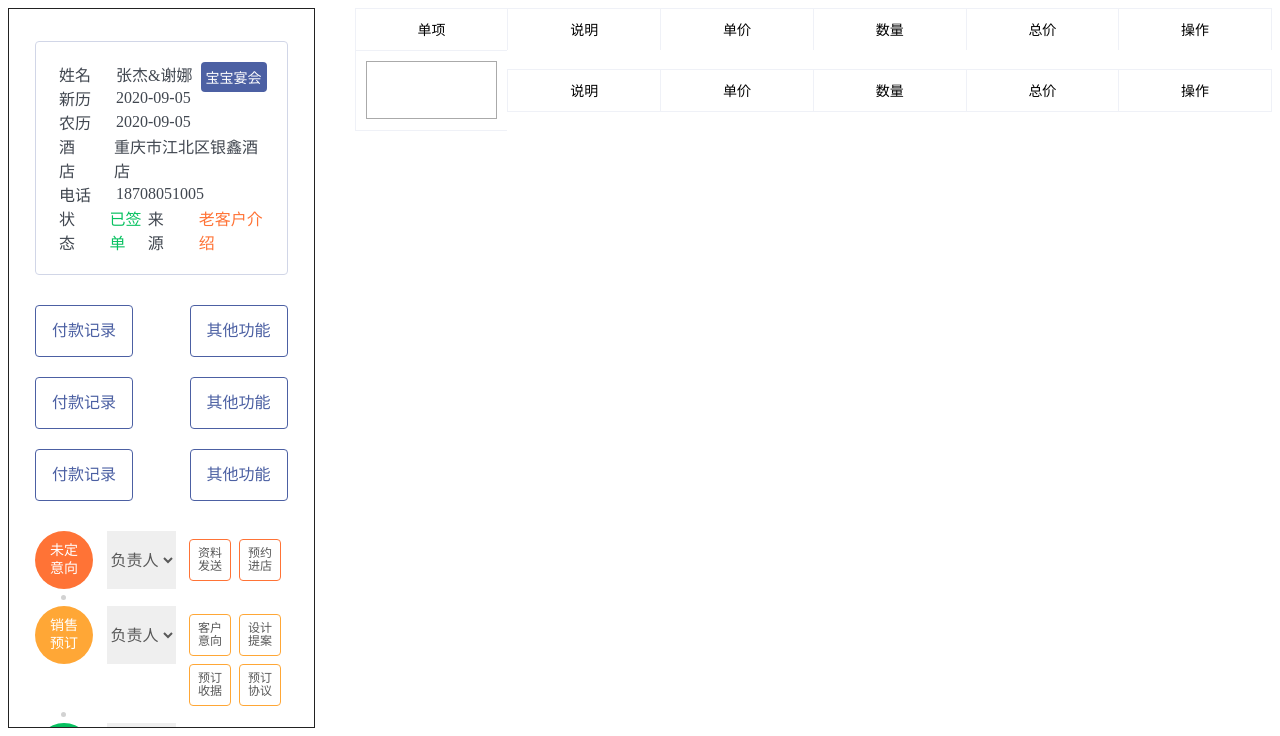
Repository: Lairuola/wedding-1
Page: index.html
An editor plug-in stored every save of this project. The page is shown before and after the next save, followed by the edit.
The browser window is 1280 px wide. The pictures show the whole page.

Above is the page before, as saved 2020-12-24 15:47:17.

### index.html
<!--
 * @Author       : 濑若拉
 * @Date         : 2020-12-17 10:22:14
 * @LastEditors  : 濑若拉
 * @LastEditTime : 2020-12-24 15:47:17
 * @FilePath     : /slidebar/index.html
-->


<!DOCTYPE html>
<html lang="en">

<head>
  <meta charset="UTF-8">
  <meta name="viewport" content="width=device-width, initial-scale=1.0">
  <title>Document</title>
  <style>
    .slide-left {
      width: 402px;
      height: 100vh;
      box-sizing: border-box;
      padding: 32px 26px;
      overflow-y: auto;
      display: flex;
      flex-direction: column;
      align-items: center;
      border: 1px solid #222;
    }

    .info {
      width: 100%;
      height: 328px;
      display: flex;
      flex-direction: column;
      justify-content: space-between;
      padding: 20px 23px;
      position: relative;
      box-sizing: border-box;
      border-radius: 4px;
      border: solid 1px #d1d6e7;
    }

    .info .row {
      width: 100%;
      display: flex;
      font-size: 16px;
      color: #414750;
      flex-direction: row;
      align-items: center;
    }

    .info .row .label,
    .info .end-row .item .label {
      margin-right: 25px;
    }

    .info .end-row {
      width: 100%;
      display: flex;
      flex-direction: row;
      align-items: center;
      justify-content: space-between;
      font-size: 16px;
      color: #414750;
    }

    .info .end-row .item {
      display: flex;
      flex-direction: row;
      align-items: center;
      font-size: 16px;
      color: #414750;
    }

    .info .info-tag {
      padding: 5px;
      background-color: #4c60a3;
      border-radius: 4px;
      font-size: 14px;
      color: #fff;
      position: absolute;
      top: 20px;
      right: 20px;
    }

    .btn-area {
      width: 100%;
      display: flex;
      flex-direction: row;
      align-items: center;
      justify-content: space-between;
      flex-wrap: wrap;
      margin-top: 10px;
      margin-bottom: 30px;
    }

    .btn-area .btn {
      width: 96px;
      height: 50px;
      background-color: #ffffff;
      border-radius: 4px;
      border: solid 1px #4c60a3;
      font-size: 16px;
      color: #4c60a3;
      text-align: center;
      line-height: 50px;
      margin-top: 20px;
    }

    .bot-area {
      width: 100%;
      display: flex;
      flex-direction: column;
    }

    .bot-area .item {
      width: 100%;
      display: flex;
      flex-direction: row;
      position: relative;
      padding-bottom: 17px;
    }

    .bot-area .item .circle {
      width: 58px;
      height: 58px;
      color: #fff;
      border-radius: 100%;
      display: flex;
      align-items: center;
      justify-content: center;
    }

    .bot-area .item .circle .text {
      width: 28px;
      height: 36px;
      font-size: 14px;
      line-height: 18px;
    }

    .bot-area .item .select-wrap {
      width: 96px;
      text-align: center;
    }

    .bot-area .item .select-wrap .bot-select {
      border: none;
      outline: none;
      color: #595959;
      font-size: 16px;
      height: 58px;
    }

    .bot-area .item .btn-row {
      flex: 1;
      display: flex;
      flex-direction: row;
      flex-wrap: wrap;
      margin-right: -8px;
    }

    .bot-area .item .btn-row .btn {
      width: 40px;
      height: 40px;
      border-radius: 4px;
      margin-right: 8px;
      border: 1px solid;
      display: flex;
      align-items: center;
      justify-content: center;
      margin-top: 8px;
      color: #595959;
    }

    .bot-area .item .btn-row .btn .word {
      width: 24px;
      height: 26px;
      font-size: 12px;
      line-height: 13px;
      letter-spacing: 0px;
    }

    .bot-area .item .dot {
      width: 5px;
      height: 5px;
      background-color: #d2d2d2;
      border-radius: 100%;
      position: absolute;
      bottom: 6px;
      left: 26px;
    }

    .bot-area .item .btn-row .btn.orange {
      border-color: #ff7336;
    }

    .bot-area .item .btn-row .btn.orange:hover {
      background-color: #ff7336;
      color: #fff;
    }

    .bot-area .item .btn-row .btn.yellow {
      border-color: #ffa736;
    }

    .bot-area .item .btn-row .btn.yellow:hover {
      background-color: #ffa736;
      color: #fff;
    }

    .bot-area .item .btn-row .btn.green {
      border-color: #07c160;
    }

    .bot-area .item .btn-row .btn.green:hover {
      background-color: #07c160;
      color: #fff;
    }

    .bot-area .item .btn-row .btn.aqua {
      border-color: #0bc8cb;
    }

    .bot-area .item .btn-row .btn.aqua:hover {
      background-color: #0bc8cb;
      color: #fff;
    }

    .bot-area .item .btn-row .btn.blue {
      border-color: #3d9bfb;
    }

    .bot-area .item .btn-row .btn.blue:hover {
      background-color: #3d9bfb;
      color: #fff;
    }

    .bot-area .item .btn-row .btn.cornflowerblue {
      border-color: #4c60a3;
    }

    .bot-area .item .btn-row .btn.cornflowerblue:hover {
      background-color: #4c60a3;
      color: #fff;
    }

    .color-green {
      color: #07c160
    }

    .color-orange {
      color: #ff7336;
    }

    .bg-color-red {
      background-color: #ff7336;
    }

    .bg-color-yellow {
      background-color: #ffa736;
    }

    .bg-color-green {
      background-color: #07c160;
    }

    .bg-color-aqua {
      background-color: #0bc8cb;
    }

    .bg-color-blue {
      background-color: #3d9bfb;
    }

    .bg-color-cornflowerblue {
      background-color: #4c60a3;
    }
  </style>
  <style>
    .my-table {
      width: 100%;
      height: 80vh;
      display: flex;
      flex-direction: column;
      margin-left: 40px;
    }

    .my-table .rows {
      width: 100%;
      display: flex;
      flex-direction: row;
      align-items: center;
    }

    .my-table .rows .item {
      flex: 1;
      border: 1px solid #222;
      box-sizing: border-box;
      display: flex;
      align-items: center;
      justify-content: center;
      border: 1px solid #eff1f7;
      font-size: 14px;
      padding: .65rem;
    }

    .my-table .rows .item:not(:last-child) {
      border-right: 0
    }

    .my-table .rows:not(:last-child) .item {
      border-bottom: 0;
    }

    .my-table .rows .item .single {
      background-color: #fff;
      border: 1px solid #aaa;
      width: 100%;
      height: 28px;
      padding: 14px;
    }
  </style>
</head>

<body style="display: flex;flex-direction: row;">
  <div class="slide-left">
    <!-- 资料 -->
    <div class="info">
      <div class="row">
        <div class="label">姓名</div>
        <div class="content">张杰&谢娜</div>
      </div>
      <div class="row">
        <div class="label">新历</div>
        <div class="content">2020-09-05</div>
      </div>
      <div class="row">
        <div class="label">农历</div>
        <div class="content">2020-09-05</div>
      </div>
      <div class="row">
        <div class="label">酒店</div>
        <div class="content">重庆市江北区银鑫酒店</div>
      </div>
      <div class="row">
        <div class="label">电话</div>
        <div class="content">18708051005</div>
      </div>
      <div class="end-row">
        <div class="item">
          <div class="label">状态</div>
          <div class="content color-green">已签单</div>
        </div>
        <div class="item">
          <div class="label">来源</div>
          <div class="content color-orange">老客户介绍</div>
        </div>
      </div>
      <!-- tag -->
      <div class="info-tag">宝宝宴会</div>
    </div>
    <!-- btn-area -->
    <div class="btn-area">
      <div class="btn">付款记录</div>
      <div class="btn">其他功能</div>
      <div class="btn">付款记录</div>
      <div class="btn">其他功能</div>
      <div class="btn">付款记录</div>
      <div class="btn">其他功能</div>
    </div>
    <!-- bot-area -->
    <div class="bot-area">
      <div class="item">
        <div class="circle bg-color-red">
          <div class="text">未定意向</div>
        </div>
        <div class="select-wrap">
          <select class='bot-select' name="" id="">
            <option value="">负责人</option>
          </select>
        </div>
        <div class="btn-row">
          <div class="btn orange">
            <div class="word">资料发送</div>
          </div>
          <div class="btn orange">
            <div class="word">预约进店</div>
          </div>
        </div>
        <div class="dot"></div>
      </div>
      <div class="item">
        <div class="circle bg-color-yellow">
          <div class="text">销售预订</div>
        </div>
        <div class="select-wrap">
          <select class='bot-select' name="" id="">
            <option value="">负责人</option>
          </select>
        </div>
        <div class="btn-row">
          <div class="btn yellow">
            <div class="word">客户意向</div>
          </div>
          <div class="btn yellow">
            <div class="word">设计提案</div>
          </div>
          <div class="btn yellow">
            <div class="word">预订收据</div>
          </div>
          <div class="btn yellow">
            <div class="word">预订协议</div>
          </div>
        </div>
        <div class="dot"></div>
      </div>
      <div class="item">
        <div class="circle bg-color-green">
          <div class="text">设计策划</div>
        </div>
        <div class="select-wrap">
          <select class='bot-select' name="" id="">
            <option value="">负责人</option>
          </select>
        </div>
        <div class="btn-row">
          <div class="btn green">
            <div class="word">策划设计</div>
          </div>
          <div class="btn green">
            <div class="word">价格明细</div>
          </div>
          <div class="btn green">
            <div class="word">正式合同</div>
          </div>
          <div class="btn green">
            <div class="word">搭建清单</div>
          </div>
        </div>
        <div class="dot"></div>
      </div>
      <div class="item">
        <div class="circle bg-color-aqua">
          <div class="text">服务统筹</div>
        </div>
        <div class="select-wrap">
          <select class='bot-select' name="" id="">
            <option value="">负责人</option>
          </select>
        </div>
        <div class="btn-row">
          <div class="btn aqua">
            <div class="word">统筹服务</div>
          </div>
        </div>
        <div class="dot"></div>
      </div>
      <div class="item">
        <div class="circle bg-color-blue">
          <div class="text">执行搭建</div>
        </div>
        <div class="select-wrap">
          <select class='bot-select' name="" id="">
            <option value="">负责人</option>
          </select>
        </div>
        <div class="btn-row">
          <div class="btn blue">
            <div class="word">搭建确认</div>
          </div>
          <div class="btn blue">
            <div class="word">执行完成</div>
          </div>
        </div>
        <div class="dot"></div>
      </div>
      <div class="item">
        <div class="circle bg-color-cornflowerblue">
          <div class="text">成本结算</div>
        </div>
        <div class="select-wrap">
          <select class='bot-select' name="" id="">
            <option value="">负责人</option>
          </select>
        </div>
        <div class="btn-row">
          <div class="btn cornflowerblue">
            <div class="word">成本核算</div>
          </div>
        </div>
      </div>
    </div>
  </div>
  <div class="my-table">
    <div class="rows">
      <div class="item">单项</div>
      <div class="item">说明</div>
      <div class="item">单价</div>
      <div class="item">数量</div>
      <div class="item">总价</div>
      <div class="item">操作</div>
    </div>
    <div class="rows">
      <div class="item">
        <input class="single" type="text">
      </div>
      <div class="item">说明</div>
      <div class="item">单价</div>
      <div class="item">数量</div>
      <div class="item">总价</div>
      <div class="item">操作</div>
    </div>
  </div>
</body>

</html>

After the next save:
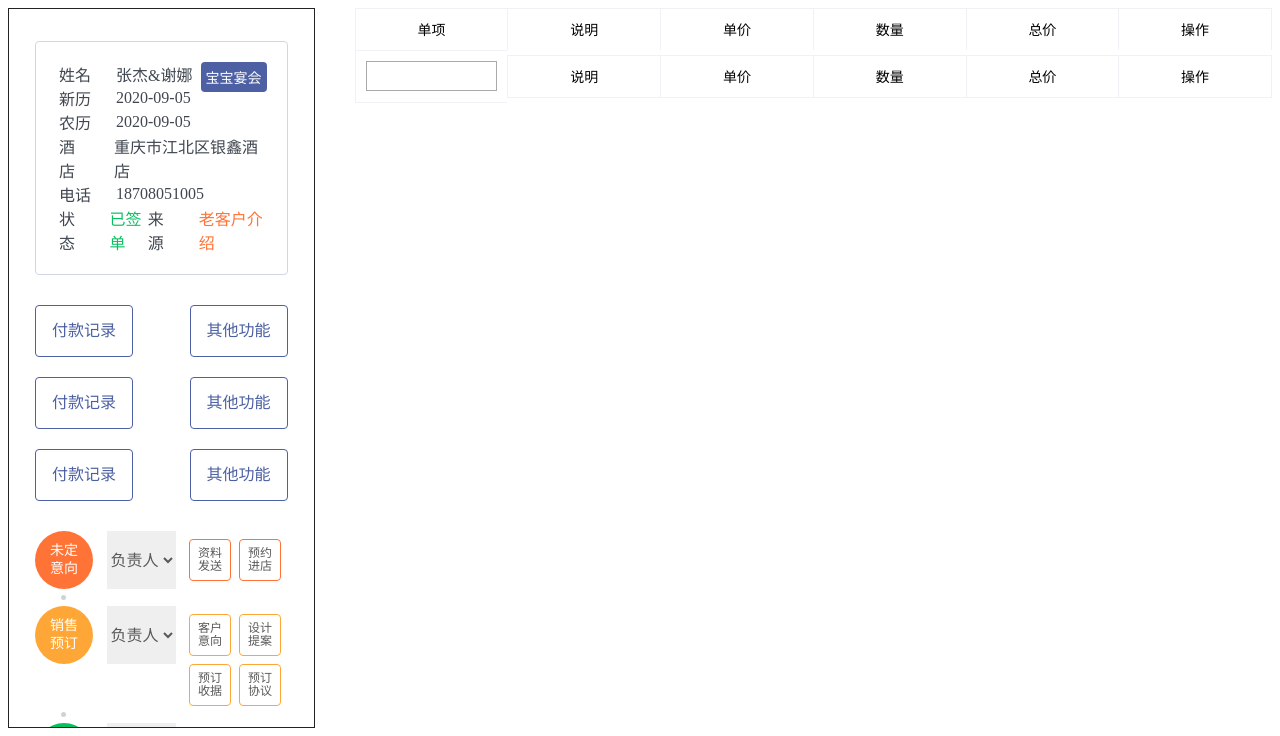
Saved 13 s later.
--- a/index.html
+++ b/index.html
@@ -2,7 +2,7 @@
  * @Author       : 濑若拉
  * @Date         : 2020-12-17 10:22:14
  * @LastEditors  : 濑若拉
- * @LastEditTime : 2020-12-24 15:47:17
+ * @LastEditTime : 2020-12-24 15:47:30
  * @FilePath     : /slidebar/index.html
 -->
 
@@ -317,7 +317,7 @@
       border: 1px solid #aaa;
       width: 100%;
       height: 28px;
-      padding: 14px;
+      padding: 0 14px;
     }
   </style>
 </head>
